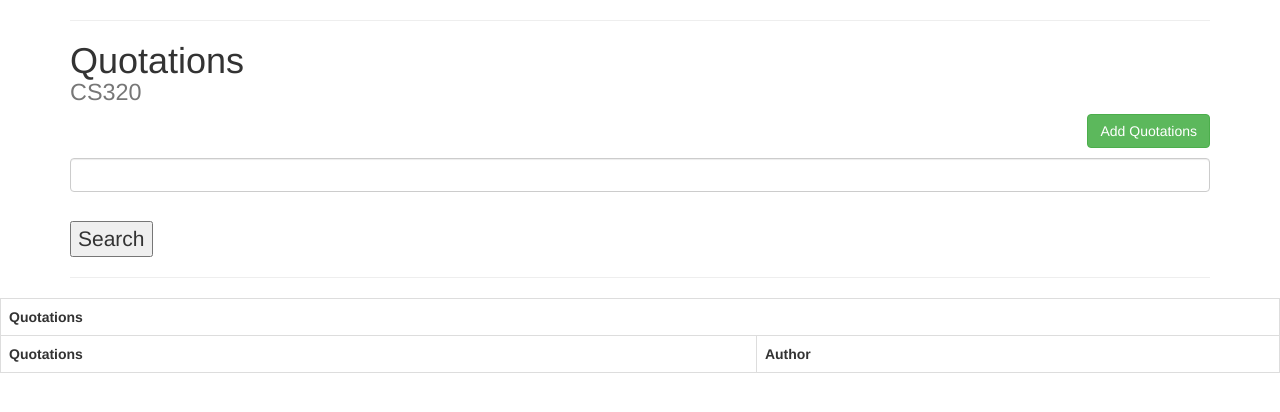
Repository: JamesPatel37/Java-Development-II-III
Page: http://localhost/CS320/QuotationController
An editor plug-in stored every save of this project. The page is shown before and after the next save, followed by the edit.
The browser window is 1280 px wide. The pictures show the whole page.
The page is served by Tomcat 9. Other server files are loaded and not shown. Queries for data that is not in the repository find no rows.

Above is the page before, as saved 2015-06-12 05:53:34.

### Workspace/CS320/WebContent/QuotationView.jsp
<%@ page language="java" contentType="text/html; charset=ISO-8859-1"
    pageEncoding="ISO-8859-1"%>

<%@ taglib prefix= "c" uri= "http://java.sun.com/jsp/jstl/core" %>

<!DOCTYPE html PUBLIC "-//W3C//DTD HTML 4.01 Transitional//EN" "http://www.w3.org/TR/html4/loose.dtd">
<html>

<head>
<meta http-equiv="Content-Type" content="text/html; charset=ISO-8859-1">
<title>Insert title here</title>
<link rel='stylesheet' href='https://maxcdn.bootstrapcdn.com/bootstrap/3.3.1/css/bootstrap.min.css'>
</head>


<body>

<div class='container'>
<form action="QuotationController" method="get">
	<hr>
		<h1>Quotations<br/><small>CS320</small></h1>
		<p class='pull-right'>
		<a href='AddQuotationController' class='btn btn-success'>Add Quotations</a></p>

		<p class='lead'><input name='search' type='text' class='form-control'> <br/>
		<input type = 'submit' name = 'submit' value = 'Search'/>

</form>
<hr>
</div>


 <table class="table table-bordered">

  <tr><th align = "center" colspan="3">Quotations</th></tr>

  	<tr> <th>Quotations</th> <th>Author</th> </tr>


	<c:forEach items="${quotes}" var="entry">
	<tr>
		<td>" ${entry.quotation} "</td>
		<td>- ${entry.author}</td>
	</tr>


	</c:forEach>


</table>

</body>
</html>

### Workspace/CS320/src/cs320/finalexam/QuotationController.java
package cs320.fe;

import java.io.IOException;
import java.sql.Connection;
import java.sql.DriverManager;
import java.sql.ResultSet;
import java.sql.SQLException;
import java.sql.Statement;
import java.util.ArrayList;

import javax.servlet.ServletConfig;
import javax.servlet.ServletException;
import javax.servlet.annotation.WebServlet;
import javax.servlet.http.HttpServlet;
import javax.servlet.http.HttpServletRequest;
import javax.servlet.http.HttpServletResponse;

@WebServlet("/QuotationController")
public class QuotationController extends HttpServlet {
	private static final long serialVersionUID = 1L;


    public QuotationController() {
        super();

    }

public void init(ServletConfig config) throws ServletException {

		super.init( config );
	 	 try
	        {
	            Class.forName( "com.mysql.jdbc.Driver" );
	        }
	        catch( ClassNotFoundException e )
	        {
	            throw new ServletException( e );
	        }
	}
	protected void doGet(HttpServletRequest request, HttpServletResponse response) throws ServletException, IOException {

		ArrayList<QuotationBean> quotes  = new ArrayList<QuotationBean>();

		String search = request.getParameter("search");

		 if(search == null)
		 {
			 search = "";
		 }

		Connection c = null;
		 try
	        {
			 String url = "jdbc:mysql://cs3.calstatela.edu:3306/cs320stu72";
	         String username = "cs320stu72";
	         String password = "cOdJJKy!";

	         c = DriverManager.getConnection( url, username, password );
	            Statement stmt = c.createStatement();


	            ResultSet rs;

	            if(!search.equals(""))
	    		{
	            	String que = ( new StringBuilder("SELECT * FROM quotations WHERE  ((quotation Like '%")).append(search).append("%') OR (author Like '%").append(search).append("%'))").toString();
	            	  rs = stmt.executeQuery( que);
	    		}
	            else
	            {
	            	   rs = stmt.executeQuery( "SELECT * FROM quotations");
	            }

	            while( rs.next() )
	            {
	            	QuotationBean entry = new QuotationBean( rs.getInt("id"), rs.getString( "quotation" ), rs.getString( "author" ));
	            	quotes.add( entry );
	            }

	        }
	        catch( SQLException e )
	        {
	            throw new ServletException( e );
	        }
	        finally
	        {
	            try
	            {
	                if( c != null ) c.close();
	            }
	            catch( SQLException e )
	            {
	                throw new ServletException( e );
	            }
	        }


		 request.setAttribute( "quotes", quotes );

		 request.getRequestDispatcher( "./QuotationView.jsp" ).forward(request, response );
	}

	protected void doPost(HttpServletRequest request, HttpServletResponse response) throws ServletException, IOException {

		doGet(request, response);
	}

}

After the next save:
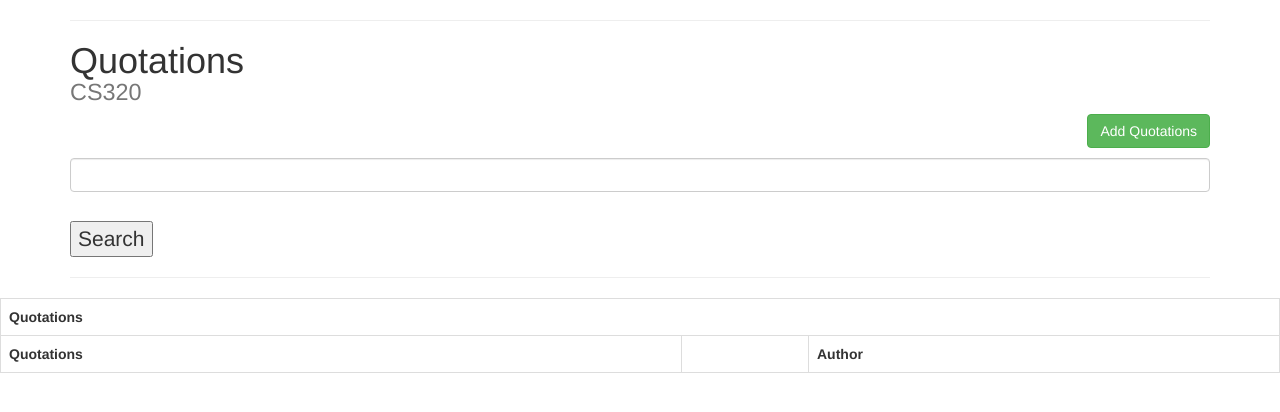
Saved 2 min 30 s later.
--- a/Workspace/CS320/WebContent/QuotationView.jsp
+++ b/Workspace/CS320/WebContent/QuotationView.jsp
@@ -34,12 +34,13 @@
 
   <tr><th align = "center" colspan="3">Quotations</th></tr>
 
-  	<tr> <th>Quotations</th> <th>Author</th> </tr>
+  	<tr> <th>Quotations</th> <th></th> <th>Author</th> </tr>
 
 
 	<c:forEach items="${quotes}" var="entry">
 	<tr>
 		<td>" ${entry.quotation} "</td>
+		<td></td>
 		<td>- ${entry.author}</td>
 	</tr>
 

After the save that followed:
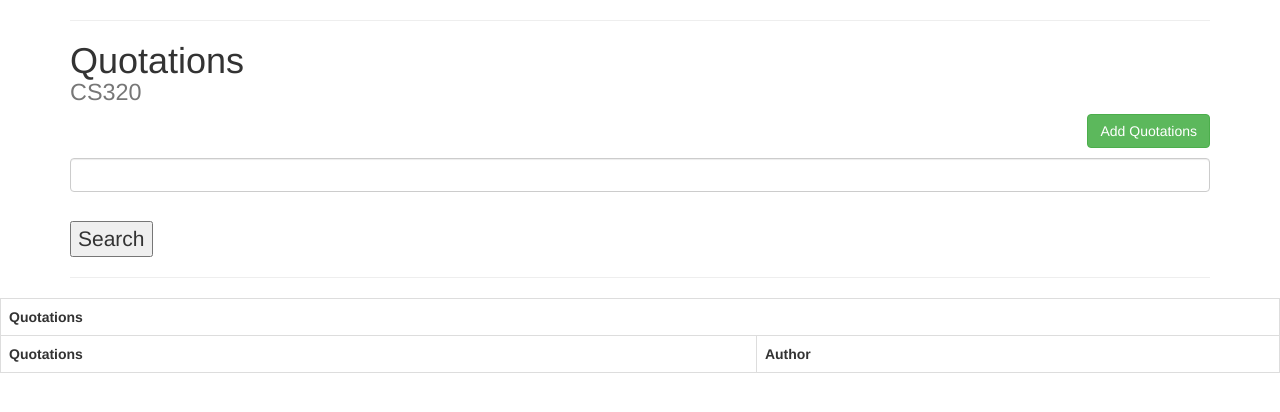
Saved 6 s later.
--- a/Workspace/CS320/WebContent/QuotationView.jsp
+++ b/Workspace/CS320/WebContent/QuotationView.jsp
@@ -34,13 +34,12 @@
 
   <tr><th align = "center" colspan="3">Quotations</th></tr>
 
-  	<tr> <th>Quotations</th> <th></th> <th>Author</th> </tr>
+  	<tr> <th>Quotations</th> <th>Author</th> </tr>
 
 
 	<c:forEach items="${quotes}" var="entry">
 	<tr>
 		<td>" ${entry.quotation} "</td>
-		<td></td>
 		<td>- ${entry.author}</td>
 	</tr>
 
